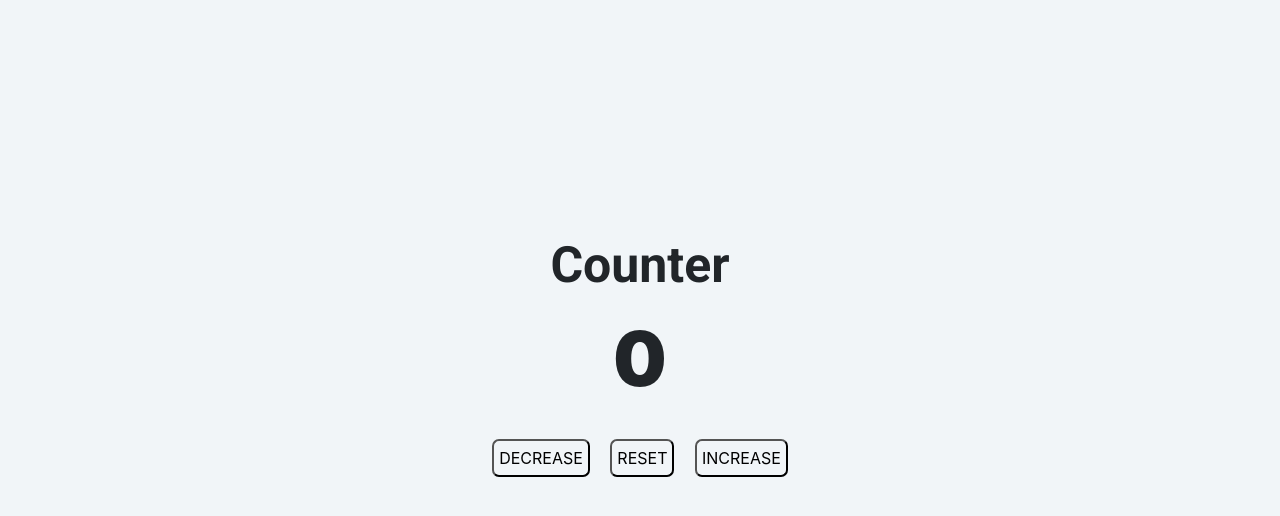
Repository: ardhavishnuvardhanreddy/catgame
Page: counter/index.html
An editor plug-in stored every save of this project. The page is shown before and after the next save, followed by the edit.
The browser window is 1280 px wide. The pictures show the whole page.
After loading, the first visible `button.button` was clicked once.
Some web fonts or font styles are not loaded; a fallback is used.

Above is the page before, as saved 2024-06-16 20:30:25.
Console error: SyntaxError: Unexpected end of input

After the next save:
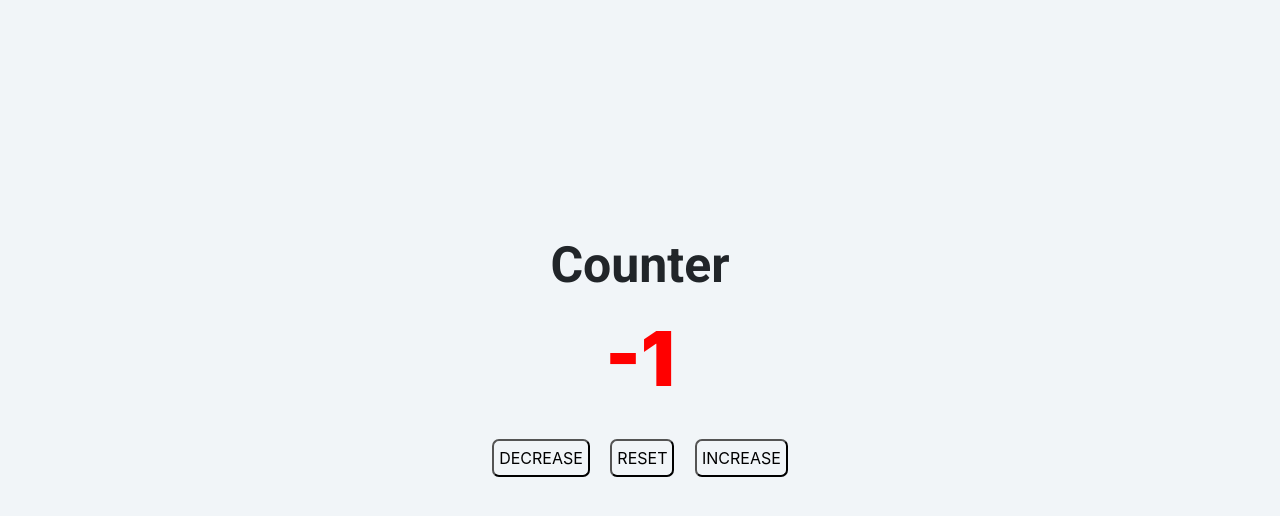
The error is gone.
Saved 38 s later.
--- a/counter/script.js
+++ b/counter/script.js
@@ -29,4 +29,8 @@ function  onDecrement(){
     }
     count.textContent = update;
 }
-function
+function onReset(){
+    let val = 0;
+    count.textContent=val;
+    count.style.color="black";
+}
